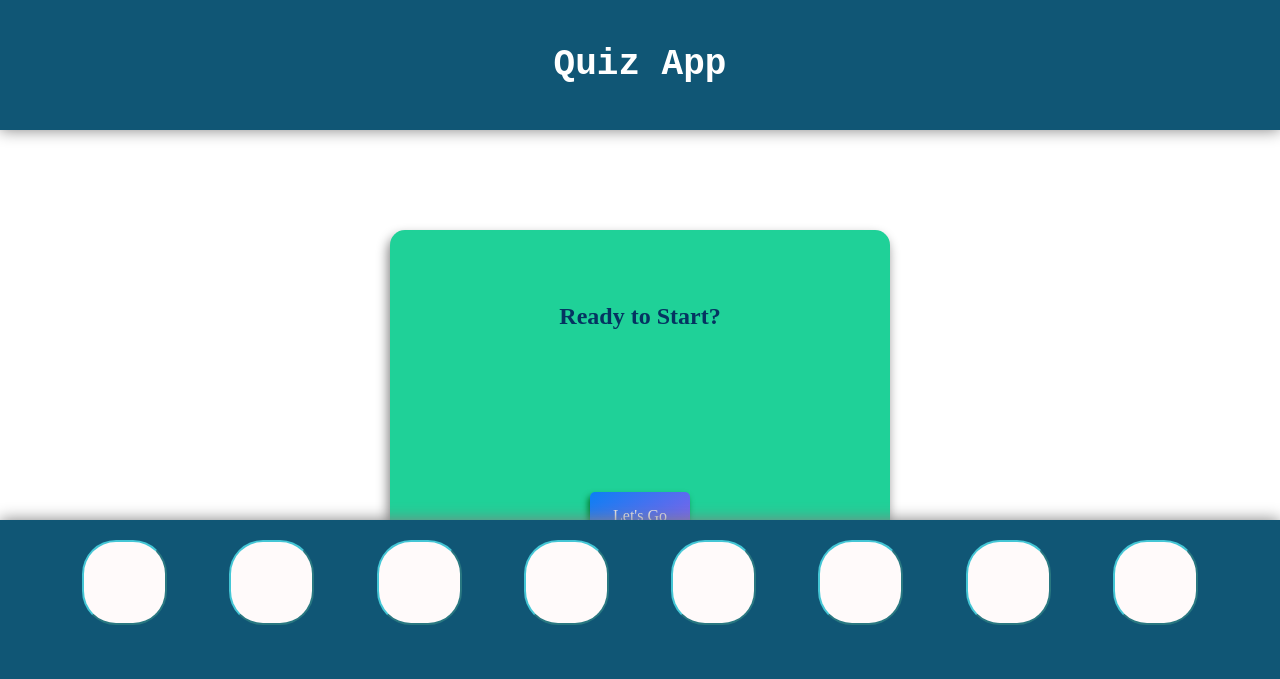
Repository: tpic12/quiz_app
Page: index.html
An editor plug-in stored every save of this project. The page is shown before and after the next save, followed by the edit.
The browser window is 1280 px wide. The pictures show the whole page.

Above is the page before, as saved 2019-12-23 15:46:55.

### index.html
<!DOCTYPE html>
<html lang="en">

<head>
  <meta charset="UTF-8">
  <meta name="viewport" content="width=device-width, initial-scale=1.0">
  <meta http-equiv="X-UA-Compatible" content="ie=edge">
  <title>Quiz App</title>
  <link href="https://cdnjs.cloudflare.com/ajax/libs/normalize/8.0.1/normalize.min.css" rel="stylesheet"
    type="text/css" />
  <link href="app.css" rel="stylesheet" type="text/css" />
</head>

<body>
  <header>
    <section class='banner'>
      <h1>Quiz App</h1>
    </section>
  </header>
  <main class='display'>

  </main>
  <footer>
    <section class='counts'>
        <div class='count 0'></div>
        <div class='count 1'></div>
        <div class='count 2'></div>
        <div class='count 3'></div>
        <div class='count 4'></div>
        <div class='count 5'></div>
        <div class='count 6'></div>
        <div class='count 7'></div>
    </section>
  </footer>
  <script src="https://code.jquery.com/jquery-3.4.1.slim.js" crossorigin="anonymous"></script>
  <script src="app.js"></script>
</body>

</html>

### app.css
/* Your styles should be mobile-first and responsive */

/**
  * If you are unclear on how to utilize a mobile-first, responsive technique to write your CSS, here is an example:
  *
  * https://github.com/andreacardybailey/responsive_example/blob/master/styles/responsive-base.css
  *
*/
* {
  box-sizing: border-box;
  margin: 0;
}

.banner h1 {
  font-family: monospace;
  font-size: 36px;
}

.banner,
footer {
  color: white;
  font-family: monospace;
  padding: 20px;
  width: 100%;
  text-align: center;
  background-color: hsl(198, 76%, 26%);
  box-shadow: 0px 0px 15px grey;
  border-bottom: none;
  left: 0;
}

.main_card {
  display: flex;
  flex-flow: column wrap;
  margin: auto;
  margin-top: 100px;
  max-width: 500px;
  min-width: 200px;
  min-height: 400px;
  text-align: center;
  justify-content: space-evenly;
  align-content: space-around;
  background-color: hsl(161, 74%, 47%);
  border-radius: 15px;
  padding: 20px;
  border: none;
  box-shadow: -2px 6px 12px grey;
}

button {
  margin: 30%;
  margin-bottom: 10%;
  color: hsl(0, 7%, 92%);
  background: linear-gradient(140deg, hsl(210, 91%, 50%), hsl(258, 78%, 65%));
  border: none;
  max-width: 130px;
  min-width: 100px;
  border-radius: 5px;
  padding: 15px;
  box-shadow: -2px 4px 6px hsl(142, 98%, 24%);
}

.mid-card {
  display: flex;
  flex-flow: column wrap;
  margin: auto;
  margin-top: 100px;
  max-width: 400px;
  min-width: 200px;
  text-align: center;
  align-content: center;
  background-color: hsl(161, 74%, 47%);
  border-radius: 15px;
  padding: 20px;
  border: none;
  box-shadow: -2px 6px 12px grey;
}

.main_card h2 {
  margin-top: 30px;
  font-weight: bolder;
  color: hsl(210, 90%, 20%);
}

.show {
  display: none !important;
}

input {
  margin: 20px 15px 20px 65px;
}

footer {
  position: fixed;
  bottom: 0;
  left: 0;
  height: 200px;
}

.counts {
  display: flex;
  justify-content: space-evenly;
  height: 80%;
}

.count {
  border: 2px outset hsl(186, 63%, 55%);
  border-radius: 40%;
  flex-direction: row;
  width: 85px;
  height: 85px;
  background-color: hsl(0, 100%, 99%);
  padding: 5px;
}

h1 {
  font-family: sans-serif;
}

.green {
  background-color: green !important;
}

.red {
  background-color: red !important;
}

#snackbar {
  visibility: hidden;
  min-width: 350px;
  margin-left: -125px;

  color: #fff;
  text-align: center;
  align-content: flex-end;
  padding: 20px;
  position: fixed;
  z-index: 1;
  left: 50%;
  bottom: 30px;
}

#snackbar.show {
  visibility: visible;
  /-webkit-animation: fadein 0.5s, fadeout 0.5s 2.5s;
  animation: fadein 0.5s, fadeout 0.5s 2.5s;
}

@-webkit-keyframes fadein {
  from {
    bottom: 0;
    opacity: 0;
  }
  to {
    bottom: 30px;
    opacity: 1;
  }
}

@keyframes fadein {
  from {
    bottom: 0;
    opacity: 0;
  }
  to {
    bottom: 30px;
    opacity: 1;
  }
}

@-webkit-keyframes fadeout {
  from {
    bottom: 30px;
    opacity: 1;
  }
  to {
    bottom: 0;
    opacity: 0;
  }
}

@keyframes fadeout {
  from {
    bottom: 30px;
    opacity: 1;
  }
  to {
    bottom: 0;
    opacity: 0;
  }
}

### app.js
/**
 * Example store structure
 */
'use strict';

const STORE = {
  // 5 or more questions are required
  questions: [
    {
      question: 'How many items in a bakers dozen??',
      answers: ['11', '12', '13', '3'],
      correctAnswer: '13'
    },
    {
      question: 'What month is Oktoberfest held?',
      answers: ['September', 'October', 'Every Month', 'August'],
      correctAnswer: 'September'
    },
    {
      question: 'What color is an Orange Blossom?',
      answers: ['Red', 'Orange', 'Pink', 'White'],
      correctAnswer: 'White'
    },
    {
      question: 'Where did the Panama Hat originate?',
      answers: ['Ecuador', 'Panama', 'China', 'Cuba'],
      correctAnswer: 'Ecuador'
    },
    {
      question: 'What are toy marbles made from?',
      answers: ['Plastic', 'Quartz', 'Diamond', 'Glass'],
      correctAnswer: 'Glass'
    },
    {
      question: 'How many gallons are in a ten-gallon hat?',
      answers: [
        'Half a Gallon',
        'Ten-Gallons',
        'Three-Fourths of a Gallon',
        'Give-Gallon'
      ],
      correctAnswer: 'Three-Fourths of a Gallon'
    },
    {
      question: 'What is the biggest animal to ever live?',
      answers: ['Mammoth', 'T-Rex', 'Blue Whale', 'Brontosaurus'],
      correctAnswer: 'Blue Whale'
    },
    {
      question: 'Where is the red-bellied woodpecker predominately red?',
      answers: ['Head', 'Wings', 'Feet', 'Belly'],
      correctAnswer: 'Head'
    }
  ],
  questionNumber: 0,
  score: 0,
  quizStart: false
};

/**
 *
 * Your app should include a render() function, that regenerates
 * the view each time the store is updated. See your course
 * material, consult your instructor, and reference the slides
 * for more details.
 *
 * NO additional HTML elements should be added to the index.html file.
 *
 * You may add attributes (classes, ids, etc) to the existing HTML elements, or link stylesheets or additional scripts if necessary
 *
 */

/**
 * This function renders the quiz after you start, ...
 * answer a question, or restart the quiz
 */
function renderStartQuiz() {
  const mainCard = `<section class="main_card">
      <h2>Ready to Start?</h2>
      <button type='submit' id='start_quiz'>Let's Go</button>
    </section>`;

  $('.display').html(mainCard);

  $('.display').on('click', '#start_quiz', function(event) {
    event.preventDefault();
    STORE.quizStart = true;
    $('.main_card')
      .children()
      .remove();
    handleQuiz();
  });
}
/**
 * renders question one at a time depending on question number
 */
function renderQuestion() {
  if (
    STORE.questionNumber === STORE.questions.length &&
    STORE.questionNumber > 1
  ) {
    renderResults();
  } else {
    const qCard = `<h2>${STORE.questions[STORE.questionNumber].question}</h2>
    <form id="qForm">
        <input type='radio' name='answer' id='q1' value="${
          STORE.questions[STORE.questionNumber].answers[0]
        }"/><label for='q1' id='0'>${
      STORE.questions[STORE.questionNumber].answers[0]
    }</label>
        <input type='radio' name='answer' id='q2' value="${
          STORE.questions[STORE.questionNumber].answers[1]
        }"/><label for='q2' id='1'>${
      STORE.questions[STORE.questionNumber].answers[1]
    }</label><br>
        <input type='radio' name='answer' id='q3' value="${
          STORE.questions[STORE.questionNumber].answers[2]
        }"/><label for='q3' id='2'>${
      STORE.questions[STORE.questionNumber].answers[2]
    }</label>
        <input type='radio' name='answer' id='q4' value="${
          STORE.questions[STORE.questionNumber].answers[3]
        }"/><label for='q4' id='3'>${
      STORE.questions[STORE.questionNumber].answers[3]
    }</label><br>
    </form>
    <button type='submit' id='submit_answer'>Final Answer</button>`;

    $('.main_card').html(qCard);
    $('input:checked').on('su');
    $('.main_card').on('click', '#submit_answer', function(event) {
      event.preventDefault();
      checkAnswer();
      //original next question spot

      $('.main_card')
        .children()
        .remove();

      handleQuiz();
    });
  }
}
/**
 * renders results page

 */

function generateResults(finalScore, numberOfQuestions) {
  return `<h2>You scored ${finalScore} out of ${numberOfQuestions}!</h2><button id='restart'>Restart Quiz</button>`;
}

/* Render results element with button that restarts the quiz*/
function renderResults() {
  let score = STORE.score;
  let num = STORE.questionNumber;

  $('.main_card').html(generateResults(score, num));
  $('#restart').click(function(event) {
    event.preventDefault();
    console.log('Restarting Quiz');

    STORE.questionNumber = 0;
    STORE.score = 0;
    $('.count')
      .removeClass('snackbar')
      .removeClass('red')
      .removeClass('green')
      .removeClass('show');
    renderStartQuiz();
  });
}

/**
 * this function checks the correctnes of the answer
 */
function checkAnswer() {
  let form = document.getElementById('qForm');
  let ans = form['answer'];
  for (let i = 0; i < ans.length; i++) {
    //is a button checked
    if (ans[i].checked) {
      //compare value of ans[i] to correct answer
      if (
        ans[i].value === STORE.questions[STORE.questionNumber].correctAnswer
      ) {
        scoreKeeper(true);
      } else {
        scoreKeeper(false);
      }
    }
  }
}

function generateAnswerSnackbar(questionAnswer) {
  return `<div class=.${STORE.questionNumber}>
              <p>Sorry, the correct answer is ${questionAnswer}</p>
          </div>`;
}

function scoreKeeper(bool) {
  if (bool === true) {
    console.log('plus 1 point');
    STORE.score++;
    $(`.${STORE.questionNumber}`)
      .addClass('green')
      .addClass('snackbar')
      .html(`<p>Correct!</p>`);
    $('section.main_card');
    console.log('next q!');
    STORE.questionNumber++;
  }
  if (bool === false) {
    console.log('no points for you');
    $(`.${STORE.questionNumber}`)
      .addClass('red')
      .addClass('snackbar')
      .html(
        generateAnswerSnackbar(
          STORE.questions[STORE.questionNumber].correctAnswer
        )
      );
    console.log('next q!');
    STORE.questionNumber++;
  }
}

function handleQuiz() {
  if (STORE.quizStart === false) {
    renderStartQuiz();
  } else {
    renderQuestion();
  }
}

$(handleQuiz);

After the next save:
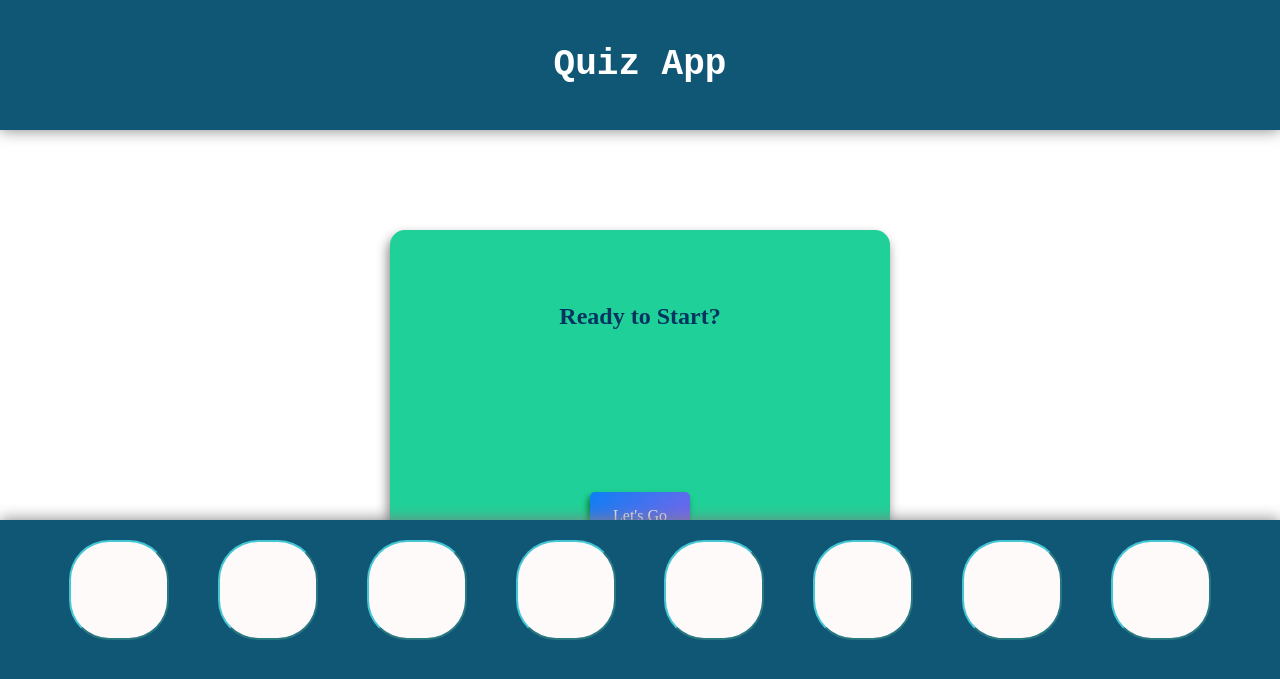
Saved 30 s later.
--- a/app.css
+++ b/app.css
@@ -107,8 +107,8 @@ footer {
   border: 2px outset hsl(186, 63%, 55%);
   border-radius: 40%;
   flex-direction: row;
-  width: 85px;
-  height: 85px;
+  width: 100px;
+  height: 100px;
   background-color: hsl(0, 100%, 99%);
   padding: 5px;
 }
